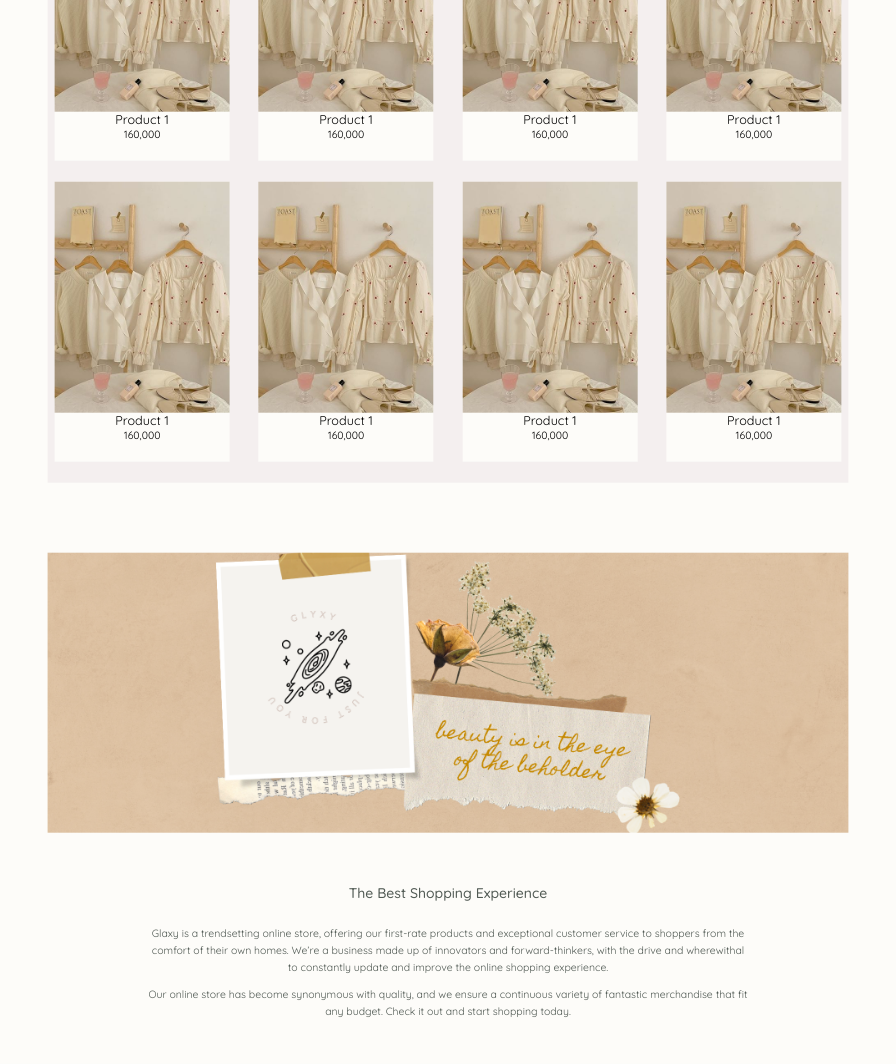
Repository: nganha241/store
Page: index.html
These files come from the project's save history. The page is drawn as it stood at one moment and after the next save; the edit follows.
The browser window is 1280 px wide. The pictures show the part of the page from y = 1711 to 3631 px (the page is 3231 px tall before and 3631 px after), at 70% of full size.
Some web libraries are served in a nearby version.

Above is the page before, as saved 2022-04-16 20:45:27.

### index.html
<!DOCTYPE html>
<html lang="en">
  <head>
    <meta charset="UTF-8" />
    <meta http-equiv="X-UA-Compatible" content="IE=edge" />
    <meta name="viewport" content="width=device-width, initial-scale=1.0" />
    <title>Document</title>
    <link rel="stylesheet" href="style.css" />
  </head>
  <body>
    <div class="header">
      <div class="tools">
        <div class="notification">
          <i class="fa-solid fa-bell"></i>
        </div>
        <div class="account">
          <i class="fa-solid fa-circle-user"></i>
          <span><i class="fa-solid fa-angle-down"></i></span>
        </div>
        <div class="cart">
          <i class="fa-solid fa-bag-shopping"></i>
        </div>
      </div>
      <hr />
      <nav>
        <div class="logo"><a href="#">Glyxy</a></div>
        <ul class="menu">
          <li><a href="#">Home</a></li>
          <li><a href="#">New Collection</a></li>
          <li><a href="#">Shop</a></li>
          <li><a href="#">About Us</a></li>
          <li><a href="#">Support</a></li>
        </ul>
      </nav>
      <div class="banner">
        <div class="slogan">
          <h4>One-of-a-Kind Items</h4>
          <p>Easy, Fun Shopping</p>
        </div>
        <div class="img-banner">
          <img src="./img/banner.jpg" alt="" />
        </div>
      </div>
    </div>
    <div class="section">
      <div class="into-title">
        <h1>Welcome</h1>
      </div>
      <div class="intro">
        <div class="intro-card">
          <div class="intro-img">
            <img src="./img/intro/i1.jpg" alt="" />
          </div>
        </div>
        <div class="intro-card">
          <div class="intro-img">
            <img src="./img/intro/i2.jpg" alt="" />
          </div>
        </div>
        <div class="intro-card">
          <div class="intro-img">
            <img src="./img/intro/i3.jpg" alt="" />
          </div>
        </div>
        <div class="intro-card">
          <div class="intro-img">
            <img src="./img/intro/i4.jpg" alt="" />
          </div>
        </div>
        <div class="intro-card">
          <div class="intro-img">
            <img src="./img/intro/i5.jpg" alt="" />
          </div>
        </div>
      </div>
      <div class="pro-title">
        <h2><a href="#">Products >></a></h2>
      </div>
      <div class="products">
        <div class="card">
          <div class="pro-img">
            <img src="./img/products/p1.jpg" alt="" />
          </div>
          <div class="pro-name">Product 1</div>
          <div class="pro-price">160,000</div>
          <div class="add-cart">
            <button>Thêm vào giỏ hàng</button>
          </div>
        </div>
        <div class="card">
          <div class="pro-img">
            <img src="./img/products/p1.jpg" alt="" />
          </div>
          <div class="pro-name">Product 1</div>
          <div class="pro-price">160,000</div>
          <div class="add-cart">
            <button>Thêm vào giỏ hàng</button>
          </div>
        </div>
        <div class="card">
          <div class="pro-img">
            <img src="./img/products/p1.jpg" alt="" />
          </div>
          <div class="pro-name">Product 1</div>
          <div class="pro-price">160,000</div>
          <div class="add-cart">
            <button>Thêm vào giỏ hàng</button>
          </div>
        </div>
        <div class="card">
          <div class="pro-img">
            <img src="./img/products/p1.jpg" alt="" />
          </div>
          <div class="pro-name">Product 1</div>
          <div class="pro-price">160,000</div>
          <div class="add-cart">
            <button>Thêm vào giỏ hàng</button>
          </div>
        </div>
        <div class="card">
          <div class="pro-img">
            <img src="./img/products/p1.jpg" alt="" />
          </div>
          <div class="pro-name">Product 1</div>
          <div class="pro-price">160,000</div>
          <div class="add-cart">
            <button>Thêm vào giỏ hàng</button>
          </div>
        </div>
        <div class="card">
          <div class="pro-img">
            <img src="./img/products/p1.jpg" alt="" />
          </div>
          <div class="pro-name">Product 1</div>
          <div class="pro-price">160,000</div>
          <div class="add-cart">
            <button>Thêm vào giỏ hàng</button>
          </div>
        </div>
        <div class="card">
          <div class="pro-img">
            <img src="./img/products/p1.jpg" alt="" />
          </div>
          <div class="pro-name">Product 1</div>
          <div class="pro-price">160,000</div>
          <div class="add-cart">
            <button>Thêm vào giỏ hàng</button>
          </div>
        </div>
        <div class="card">
          <div class="pro-img">
            <img src="./img/products/p1.jpg" alt="" />
          </div>
          <div class="pro-name">Product 1</div>
          <div class="pro-price">160,000</div>
          <div class="add-cart">
            <button>Thêm vào giỏ hàng</button>
          </div>
        </div>
      </div>
      <div class="about-us">
        <div class="about-img">
          <img src="./img/about/about.png" alt="" />
        </div>
        <div class="about-text">
          <h5>The Best Shopping Experience</h5>
          <p>
            Glaxy is a trendsetting online store, offering our first-rate
            products and exceptional customer service to shoppers from the
            comfort of their own homes. We’re a business made up of innovators
            and forward-thinkers, with the drive and wherewithal to constantly
            update and improve the online shopping experience.
          </p>
          <p>
            Our online store has become synonymous with quality, and we ensure a
            continuous variety of fantastic merchandise that fit any budget.
            Check it out and start shopping today.
          </p>
        </div>
      </div>
    </div>
    <div class="footer"></div>

    <script
      src="https://kit.fontawesome.com/ae971d7ee0.js"
      crossorigin="anonymous"
    ></script>
    <script src="./main.js"></script>
  </body>
</html>

### style.css
@import url('https://fonts.googleapis.com/css2?family=Quicksand:wght@300;400;500;600;700&family=Space+Grotesk:wght@300;400&display=swap');

* {
    font-family: 'Quicksand', sans-serif;
    box-sizing: border-box;
}

body {
    background: #fdfcf9;
    position: relative;
    height: auto;

}

a {
    text-decoration: none;
}

li {
    list-style: none;
}

.header {
    padding: 40px 60px;
}

.header .tools {
    display: flex;
    justify-content: flex-end;
    gap: 15px;
}

.header .tools .notification,
.header .tools .account,
.header .tools .cart {
    cursor: pointer;
}

.header .tools .fa-solid {
    font-size: 22px;
    color: #ae582d;
}

.header .tools .account span .fa-solid{
    font-size: 18px;
    color: #111;
    margin-left: 10px;
    margin-right: 15px;
}

.header .tools .account:hover .fa-solid{
    color: #ae582d;
}

.header hr {
    background: #48503c;
}

.header nav {
    display: flex;
    width: 100%;
}

.header nav .logo {
    width: 50%;
    padding-top: 20px;
}

.header nav .logo a{
    font-family: 'Space Grotesk', sans-serif;
    font-size: 30px;
    color: #48503c;
    font-weight: 100;

}

.header nav .logo a:hover {
    color: #111;
}

.header nav .menu {
    display: flex;
    gap: 15px;
    padding-top: 7px;
    justify-content: flex-end;
    width: 50%;
}

.header nav .menu li {
    float: left;
}

.header nav .menu li a {
    display: block;
    padding: 6px 0px 0px 15px;
    color: #48503c;
}

.header nav .menu li:hover a {
    color: #111;
}

.header .banner {
    width: 100%;
    height: 700px;
    display: flex;
    align-items: center;
    margin-top: 30px;
    position: relative;
}

.header .banner .slogan {
    width: 50%;
    padding-left: 60px;
    padding-right: 20px;
}

.header .banner .slogan h4 {
    color: #ae582d;
    font-family: 'Space Grotesk', sans-serif;
    font-size: 60px;
    font-weight: 200;
}

.header .banner .slogan p {
    font-size: 20px;
    color: #515a54;
    margin-top: -50px;
}

.header .banner .img-banner{
    width: 50%;
    height: 100%;
}

.header .banner .img-banner img {
    width: 100%;
    height: 100%;
    object-fit: cover;
}

.section {
    height: auto;
    margin-top: 100px;
    padding: 0 60px;
}

.section .into-title {
    margin-top: 100px;
    text-align: center;
}

.section .into-title h1 {
    font-family: 'Space Grotesk', sans-serif;
    font-size: 50px;
}

.section .intro {
    display: flex;
    flex-wrap: wrap;
    justify-content: space-between;
    margin-bottom: 100px;
    margin-top: 80px;
    gap: 10px;
}

.section .intro .intro-card .intro-img {
    width: 200px;
    height: 200px;
}

.section .intro .intro-card .intro-img img {
    width: 100%;
    height: 100%;
    border-radius: 50%;
}

.section .pro-title{
    height: auto;
    width: 200px;
    background: #f4e9c7;
    text-align: center;
    margin-bottom: -15px;
}

.section .pro-title h2 a{
    font-size: 30px;
    color: #48503c;
    font-weight: 200;
}

.section .products {
    display: flex;
    flex-wrap: wrap;
    justify-content: space-between;
    row-gap: 30px;
    padding: 30px 10px;
    background: rgb(244, 239, 239);
}

.section .products .card {
    width: 250px;
    height: 400px;
    background: #fdfcf9;
    text-align: center;
    cursor: pointer;
    transition: 0.4s;
    position: relative;
}

.section .products .card:hover {
    transform: scale(1.1 , 1.1);
    background: rgba(255, 255, 255, 0.4);

}

.section .products .card .pro-img {
    height: 330px;
}

.section .products .card .pro-img img{
    width: 100%;
    height: 100%;
    object-fit: cover;
}

.section .products .card .pro-name {
    font-size: 18px;
}

.section .products .card .pro-price {
    font-size: 15px;
}

.section .products .card .add-cart {
    margin-top: -220px;

}

.section .products .card .add-cart button{
    opacity: 0;
    height: 40px;
    background: #ae582d;
    border: 0;
    cursor: pointer;
    transition: 0.4s;
    color: #fff;
}

.section .products .card:hover .add-cart button {
    transition: 0.4s;
    opacity: 1;
}

.section .products .card .add-cart button:hover {
    transform: scale(1.1);
}

.about-us {
    margin-top: 100px;
}

.about-img {
    height: 400px;
}

.about-img img{
    width: 100%;
    height: 100%;
    object-fit: cover;
}

.about-us .about-text {
    padding: 40px 140px;
    text-align: center;
    color: #515a54;
}

.about-us .about-text h5 {
    font-size: 20px;
    font-weight: 500;
}

.about-us .about-text p {
    line-height: 1.6;
    font-size: 15px;
}

### main.js
const banners = document.querySelectorAll(".img-banner .image img");
const slider = document.querySelector(".slider img");

let countIndex = 0;
let currentIndex;

// setInterval(
//   banners.forEach((banner, index) => {
//     currentIndex = countIndex;
//     countIndex = index;
//     console.log(currentIndex);
//     console.log(countIndex);
//     slider.src = banner.src;
//   }),
//   1000
// );

banners.forEach((banner) => {
  currentIndex = countIndex;
  countIndex++;
  console.log(currentIndex);
  console.log(countIndex);
  slider.src = banner.src;
});

After the next save:
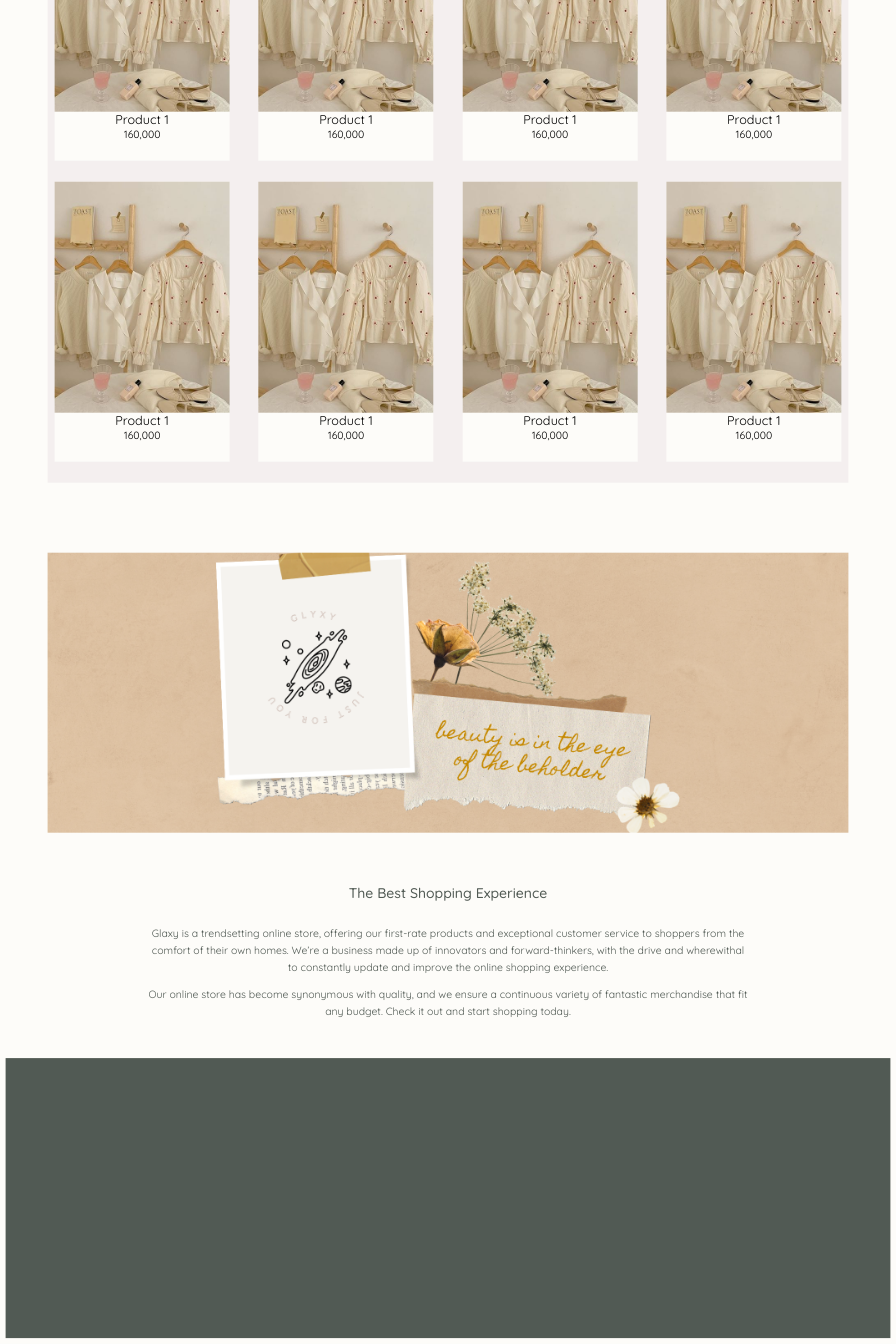
Saved 36 s later.
--- a/style.css
+++ b/style.css
@@ -285,3 +285,9 @@ li {
     line-height: 1.6;
     font-size: 15px;
 }
+
+.footer {
+    width: auto;
+    height: 400px;
+    background: #515a54;
+}
